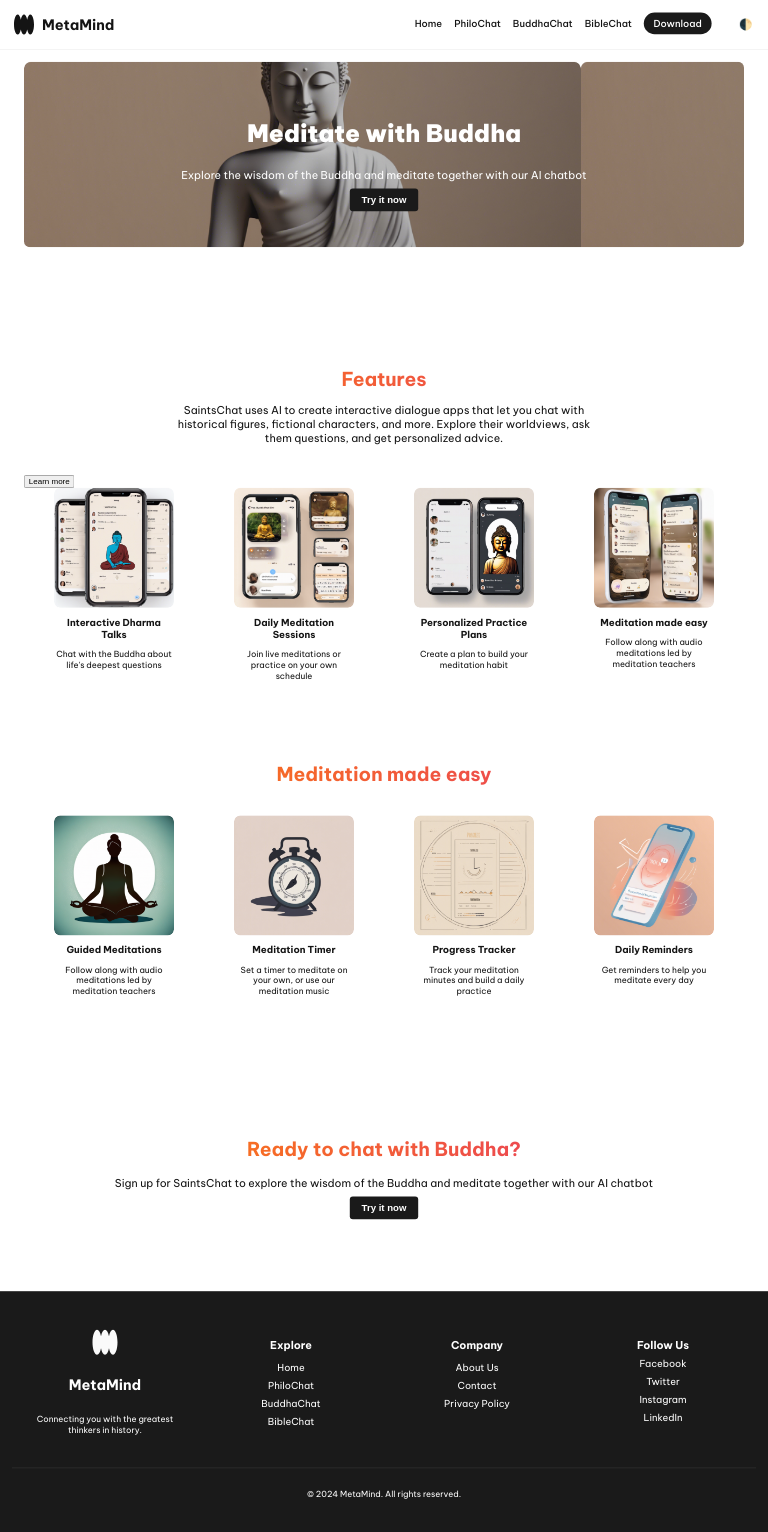
Repository: HSfac/EthosMindWeb
Page: /biblechats
The author's editor kept a copy of each file at every save. The page is drawn from the files as they stood at one save, then again after the next save.
The browser window is 1280 px wide. The pictures show the whole page, at 60% of full size.
The project was rebuilt for these pictures with package versions that can differ from the ones it lists, and the page was loaded fresh each time. Also part of the build but not shown: src/pages/Home.css, src/pages/Home.jsx, src/pages/SaintsChat.css, src/pages/SaintsChat.jsx, src/pages/BuddhaChat.jsx, src/pages/Download.css, src/pages/Download.jsx.

Above is the page before, as saved 2024-07-22 00:09:56.

### src/index.css
@import url('https://fonts.googleapis.com/css2?display=swap&family=Be+Vietnam+Pro:wght@400;500;700;900&family=Noto+Sans:wght@400;500;700;900');

body {
  font-family: "Be Vietnam Pro", "Noto Sans", sans-serif;
  margin: 0;
  padding: 0;
  box-sizing: border-box;
}

### src/App.jsx
import React from 'react';
import { BrowserRouter as Router, Route, Routes } from 'react-router-dom';
import Home from './pages/Home.jsx';
import SaintsChat from './pages/SaintsChat.jsx';
import BuddhaChat from './pages/BuddhaChat.jsx';
import BibleChat from './pages/BibleChat.jsx';
import Download from './pages/Download.jsx'; // Download 페이지를 추가합니다.
import Header from './components/Header.jsx';
import Footer from './components/Footer.jsx';

function App() {
  return (
    <Router>
      <Header />
      <Routes>
        <Route path="/" element={<Home />} />
        <Route path="/saintschat" element={<SaintsChat />} />
        <Route path="/buddhachats" element={<BuddhaChat />} />
        <Route path="/biblechats" element={<BibleChat />} />
        <Route path="/download" element={<Download />} /> {/* Download 페이지를 추가합니다. */}
      </Routes>
      <Footer />
    </Router>
  );
}

export default App;

### src/pages/BibleChat.jsx
import React from 'react';
import './BuddhaChat.css';
import buddhaImage from '../assets/images/buddha-hero-image.png';
import buddhaFeature1 from '../assets/images/buddha-feature-1.png';
import buddhaFeature2 from '../assets/images/buddha-feature-2.png';
import buddhaFeature3 from '../assets/images/buddha-feature-3.png';
import buddhaFeature4 from '../assets/images/buddha-feature-4.png';
import buddhaMeditation1 from '../assets/images/buddha-meditation-1.png';
import buddhaMeditation2 from '../assets/images/buddha-meditation-2.png';
import buddhaMeditation3 from '../assets/images/buddha-meditation-3.png';
import buddhaMeditation4 from '../assets/images/buddha-meditation-4.png';

function BuddhaChat() {
  return (
    <main className="buddha-main">
      <section className="buddha-hero" style={{ backgroundImage: `url(${buddhaImage})` }}>
        <div className="buddha-hero-content">
          <h1 className="buddha-hero-title">Meditate with Buddha</h1>
          <p className="buddha-hero-subtitle">Explore the wisdom of the Buddha and meditate together with our AI chatbot</p>
          <button className="buddha-hero-button">Try it now</button>
        </div>
      </section>
      <section className="buddha-features">
        <h2 className="buddha-section-title">Features</h2>
        <p className="buddha-section-description">SaintsChat uses AI to create interactive dialogue apps that let you chat with historical figures, fictional characters, and more. Explore their worldviews, ask them questions, and get personalized advice.</p>
        <button className="buddha-learn-more-button">Learn more</button>
        <div className="buddha-feature-cards">
          <div className="buddha-feature-card">
            <img src={buddhaFeature1} alt="Interactive Dharma Talks" className="buddha-feature-image" />
            <p className="buddha-feature-title">Interactive Dharma Talks</p>
            <p className="buddha-feature-description">Chat with the Buddha about life's deepest questions</p>
          </div>
          <div className="buddha-feature-card">
            <img src={buddhaFeature2} alt="Daily Meditation Sessions" className="buddha-feature-image" />
            <p className="buddha-feature-title">Daily Meditation Sessions</p>
            <p className="buddha-feature-description">Join live meditations or practice on your own schedule</p>
          </div>
          <div className="buddha-feature-card">
            <img src={buddhaFeature3} alt="Personalized Practice Plans" className="buddha-feature-image" />
            <p className="buddha-feature-title">Personalized Practice Plans</p>
            <p className="buddha-feature-description">Create a plan to build your meditation habit</p>
          </div>
          <div className="buddha-feature-card">
            <img src={buddhaFeature4} alt="Meditation made easy" className="buddha-feature-image" />
            <p className="buddha-feature-title">Meditation made easy</p>
            <p className="buddha-feature-description">Follow along with audio meditations led by meditation teachers</p>
          </div>
        </div>
      </section>
      <section className="buddha-meditation">
        <h2 className="buddha-section-title">Meditation made easy</h2>
        <div className="buddha-meditation-cards">
          <div className="buddha-meditation-card">
            <img src={buddhaMeditation1} alt="Guided Meditations" className="buddha-meditation-image" />
            <p className="buddha-meditation-title">Guided Meditations</p>
            <p className="buddha-meditation-description">Follow along with audio meditations led by meditation teachers</p>
          </div>
          <div className="buddha-meditation-card">
            <img src={buddhaMeditation2} alt="Meditation Timer" className="buddha-meditation-image" />
            <p className="buddha-meditation-title">Meditation Timer</p>
            <p className="buddha-meditation-description">Set a timer to meditate on your own, or use our meditation music</p>
          </div>
          <div className="buddha-meditation-card">
            <img src={buddhaMeditation3} alt="Progress Tracker" className="buddha-meditation-image" />
            <p className="buddha-meditation-title">Progress Tracker</p>
            <p className="buddha-meditation-description">Track your meditation minutes and build a daily practice</p>
          </div>
          <div className="buddha-meditation-card">
            <img src={buddhaMeditation4} alt="Daily Reminders" className="buddha-meditation-image" />
            <p className="buddha-meditation-title">Daily Reminders</p>
            <p className="buddha-meditation-description">Get reminders to help you meditate every day</p>
          </div>
        </div>
      </section>
      <section className="buddha-cta">
        <h2 className="buddha-cta-title">Ready to chat with Buddha?</h2>
        <p className="buddha-cta-description">Sign up for SaintsChat to explore the wisdom of the Buddha and meditate together with our AI chatbot</p>
        <button className="buddha-cta-button">Try it now</button>
      </section>
    </main>
  );
}

export default BuddhaChat;

### src/components/Header.jsx
import React, { useEffect, useState } from 'react';
import { Link } from 'react-router-dom';
import './Header.css';
import logoBlack from '../assets/images/metamindlogoblack.svg'; // 로고 이미지 경로에 맞게 수정하세요.
import logoWhite from '../assets/images/metamindlogowhite.svg'; // 로고 이미지 경로에 맞게 수정하세요.

function Header() {
  const [isDarkMode, setIsDarkMode] = useState(false);

  useEffect(() => {
    const darkModeClass = 'dark-mode';
    const bodyClassList = document.body.classList;
    const isDark = bodyClassList.contains(darkModeClass);
    setIsDarkMode(isDark);
  }, []);

  const toggleDarkMode = () => {
    document.body.classList.toggle('dark-mode');
    setIsDarkMode(!isDarkMode);
  };

  return (
    <header className="header">
      <div className="header-logo-container">
        <Link to="/" className="header-logo-link">
          <img
            src={isDarkMode ? logoWhite : logoBlack}
            alt="MetaMind Logo"
            className="header-logo"
          />
          <h1 className="header-title">MetaMind</h1>
        </Link>
      </div>
      <nav className="nav">
        <ul className="nav-list">
          <li className="nav-item"><Link to="/">Home</Link></li>
          <li className="nav-item"><Link to="/saintschat">PhiloChat</Link></li>
          <li className="nav-item"><Link to="/buddhachats">BuddhaChat</Link></li>
          <li className="nav-item"><Link to="/biblechats">BibleChat</Link></li>
          <li className="nav-item header-download-button"><Link to="/download">Download</Link></li>
          <li className="nav-item"><button className="toggle-button" onClick={toggleDarkMode}>🌓</button></li>
        </ul>
      </nav>
    </header>
  );
}

export default Header;

### src/components/Footer.jsx
import React from 'react';
import { Link } from 'react-router-dom';
import './Footer.css';
import logoWhite from '../assets/images/metamindlogowhite.svg'; // 로고 이미지 경로

function Footer() {
  return (
    <footer className="footer">
      <div className="footer-content">
        <div className="footer-section footer-logo-section">
          <img src={logoWhite} alt="MetaMind Logo" className="footer-logo" />
          <h2 className="footer-title">MetaMind</h2>
          <p className="footer-description">Connecting you with the greatest thinkers in history.</p>
        </div>
        <div className="footer-section">
          <h3 className="footer-subtitle">Explore</h3>
          <ul className="footer-links">
            <li><Link to="/">Home</Link></li>
            <li><Link to="/saintschat">PhiloChat</Link></li>
            <li><Link to="/buddhachats">BuddhaChat</Link></li>
            <li><Link to="/biblechats">BibleChat</Link></li>
          </ul>
        </div>
        <div className="footer-section">
          <h3 className="footer-subtitle">Company</h3>
          <ul className="footer-links">
            <li><Link to="/about">About Us</Link></li>
            <li><Link to="/contact">Contact</Link></li>
            <li><Link to="/privacy">Privacy Policy</Link></li>
          </ul>
        </div>
        <div className="footer-section">
          <h3 className="footer-subtitle">Follow Us</h3>
          <div className="footer-social">
            <a href="https://facebook.com" target="_blank" rel="noopener noreferrer">Facebook</a>
            <a href="https://twitter.com" target="_blank" rel="noopener noreferrer">Twitter</a>
            <a href="https://instagram.com" target="_blank" rel="noopener noreferrer">Instagram</a>
            <a href="https://linkedin.com" target="_blank" rel="noopener noreferrer">LinkedIn</a>
          </div>
        </div>
      </div>
      <div className="footer-bottom">
        <p>&copy; 2024 MetaMind. All rights reserved.</p>
      </div>
    </footer>
  );
}

export default Footer;

### src/pages/BuddhaChat.css
.buddha-main {
  padding: 20px 40px;
}

.buddha-hero {
  background: linear-gradient(rgba(0, 0, 0, 0.1) 0%, rgba(0, 0, 0, 0.4) 100%), center/cover no-repeat;
  color: white;
  text-align: center;
  padding: 60px 20px;
  border-radius: 10px;
}

.buddha-hero-title {
  font-size: 40px;
  font-weight: 900;
}

.buddha-hero-subtitle {
  font-size: 18px;
  margin: 10px 0;
}

.buddha-hero-button {
  background-color: #1a1a1a;
  color: white;
  padding: 10px 20px;
  border: none;
  border-radius: 5px;
  cursor: pointer;
  font-size: 16px;
  font-weight: bold;
  transition: background-color 0.3s, transform 0.3s;
}

.buddha-hero-button:hover {
  background-color: #333333;
  transform: scale(1.05);
}

.buddha-features {
  margin: 40px 0;
  margin-top: 200px;
  margin-bottom: 100px;
}

.buddha-section-title {
  font-size: 32px;
  font-weight: bold;
  text-align: center;
  margin-bottom: 20px;
  background: linear-gradient(90deg, #ff8a00, #e52e71);
  -webkit-background-clip: text;
  -webkit-text-fill-color: transparent;
}

.buddha-section-description {
  font-size: 18px;
  text-align: center;
  max-width: 720px;
  margin: 0 auto 20px;
  margin-bottom: 50px;
}

.buddha-feature-cards {
  display: flex;
  justify-content: space-around;
  flex-wrap: wrap;
}

.buddha-feature-card {
  text-align: center;
  max-width: 200px;
  margin-bottom: 20px;
}

.buddha-feature-image {
  width: 100%;
  border-radius: 10px;
}

.buddha-feature-title {
  font-size: 16px;
  font-weight: bold;
  margin: 10px 0;
}

.buddha-feature-description {
  font-size: 14px;
}

.buddha-meditation {
  margin: 40px 0;
  margin-top: 100px;
  margin-bottom: 70px;
}

.buddha-meditation-cards {
  display: flex;
  justify-content: space-around;
  flex-wrap: wrap;
}

.buddha-meditation-card {
  text-align: center;
  max-width: 200px;
  margin-bottom: 20px;
  margin-top: 30px;
}

.buddha-meditation-image {
  width: 100%;
  border-radius: 10px;
}

.buddha-meditation-title {
  font-size: 16px;
  font-weight: bold;
  margin: 10px 0;
}

.buddha-meditation-description {
  font-size: 14px;
}

.buddha-cta {
  text-align: center;
  margin: 40px 0;
  margin-top: 200px;
  margin-bottom: 100px;
}

.buddha-cta-title {
  font-size: 32px;
  font-weight: bold;
  background: linear-gradient(90deg, #ff8a00, #e52e71);
  -webkit-background-clip: text;
  -webkit-text-fill-color: transparent;
}

.buddha-cta-description {
  margin: 10px 0;
  font-size: 18px;
}

.buddha-cta-button {
  background-color: #1a1a1a;
  color: white;
  padding: 10px 20px;
  border: none;
  border-radius: 5px;
  cursor: pointer;
  font-size: 16px;
  font-weight: bold;
  transition: background-color 0.3s, transform 0.3s;
}

.buddha-cta-button:hover {
  background-color: #333333;
  transform: scale(1.05);
  animation: pop 0.6s ease-in-out infinite;
}

@keyframes pop {
  0%, 100% {
    transform: scale(1);
  }
  50% {
    transform: scale(1.1);
  }
}

### src/components/Header.css
.header {
  display: flex;
  justify-content: space-between;
  align-items: center;
  padding: 10px 20px;
  border-bottom: 1px solid #ededed;
}

.header-logo-container {
  display: flex;
  align-items: center;
}

.header-logo-link {
  display: flex;
  align-items: center;
  text-decoration: none;
  color: var(--text-color);
}

.header-logo {
  width: 40px;
  height: 40px;
  margin-right: 10px;
}

.header-title {
  font-size: 24px;
  font-weight: bold;
}

.nav {
  display: flex;
}

.nav-list {
  display: flex;
  list-style: none;
  margin: 0;
  padding: 0;
}

.nav-item {
  margin-left: 20px;
}

.nav-item a {
  text-decoration: none;
  color: var(--text-color);
  font-weight: 500;
}

.header-download-button a {
  padding: 8px 16px;
  border-radius: 20px;
  background-color: #1a1a1a;
  color: white;
}

.toggle-button {
  background: none;
  border: none;
  font-size: 18px;
  cursor: pointer;
  margin-left: 20px;
}

:root {
  --bg-color: white;
  --text-color: #141414;
}

.dark-mode {
  --bg-color: #141414;
  --text-color: white;
}

body {
  background-color: var(--bg-color);
  color: var(--text-color);
  transition: background-color 0.3s, color 0.3s;
}

### src/components/Footer.css
.footer {
  background-color: #1a1a1a;
  color: white;
  padding: 40px 20px;
  text-align: center;
}

.footer-content {
  display: flex;
  flex-wrap: wrap;
  justify-content: space-around;
  margin-bottom: 20px;
}

.footer-section {
  flex: 1;
  min-width: 200px;
  margin: 20px;
}

.footer-logo-section {
  display: flex;
  flex-direction: column;
  align-items: center;
}

.footer-logo {
  width: 50px; /* 로고 크기를 조정 */
  height: 50px;
  margin-bottom: 10px;
}

.footer-title {
  display: flex;
  align-items: center;
  font-size: 24px;
  font-weight: bold;
}

.footer-title img {
  width: 40px; /* 로고 크기 조정 */
  height: 40px;
  margin-right: 10px;
}

.footer-description {
  font-size: 14px;
}

.footer-subtitle {
  font-size: 18px;
  font-weight: bold;
  margin-bottom: 10px;
}

.footer-links {
  list-style: none;
  padding: 0;
}

.footer-links li {
  margin-bottom: 10px;
}

.footer-links a {
  text-decoration: none;
  color: white;
}

.footer-social a {
  display: block;
  margin-bottom: 10px;
  text-decoration: none;
  color: white;
}

.footer-bottom {
  border-top: 1px solid #333;
  padding-top: 20px;
  font-size: 14px;
}

Loaded but not shown: public/index.html (common file); src/index.js (common file)

After the next save:
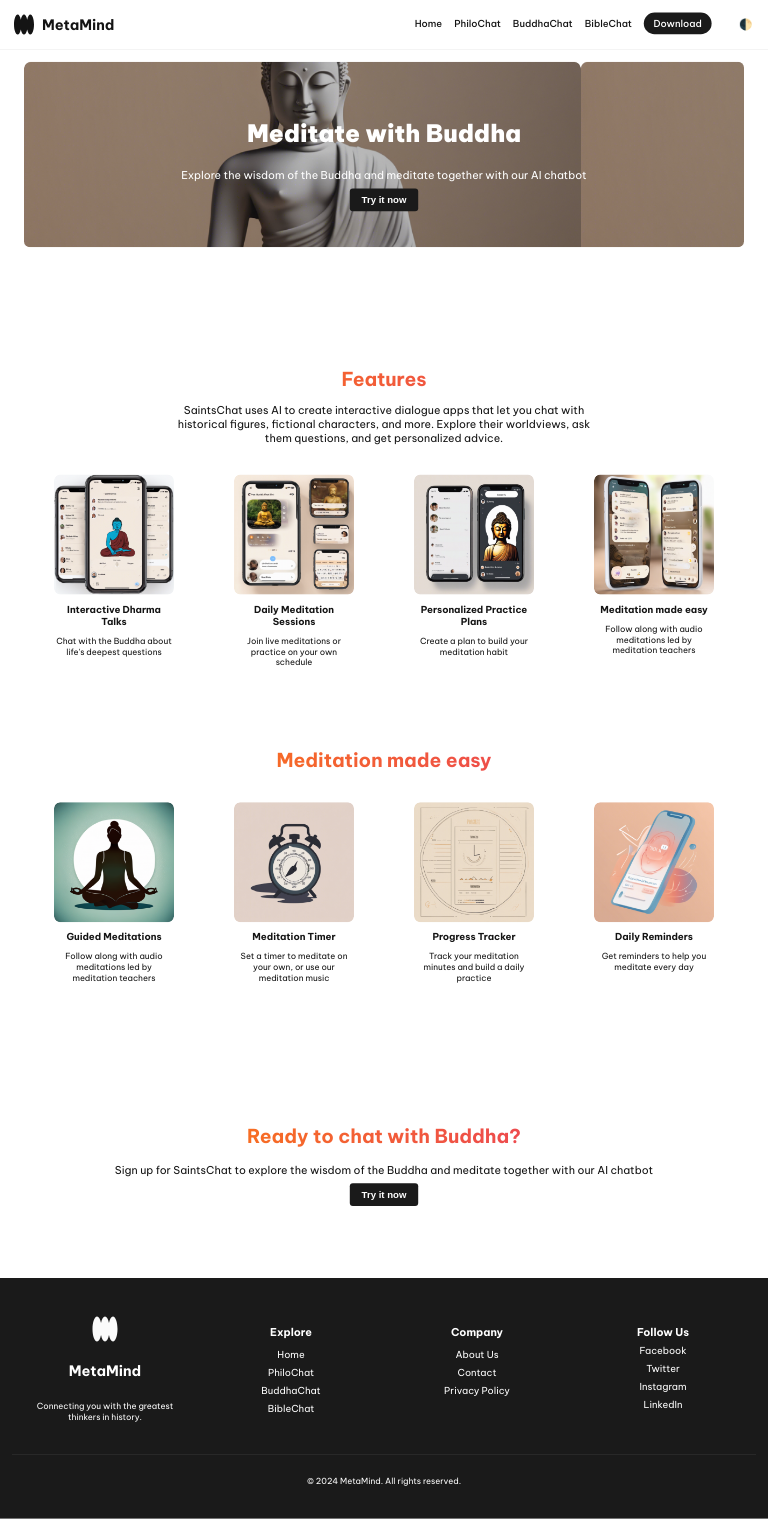
Saved 88 s later.
--- a/src/pages/BibleChat.jsx
+++ b/src/pages/BibleChat.jsx
@@ -23,7 +23,7 @@ function BuddhaChat() {
       <section className="buddha-features">
         <h2 className="buddha-section-title">Features</h2>
         <p className="buddha-section-description">SaintsChat uses AI to create interactive dialogue apps that let you chat with historical figures, fictional characters, and more. Explore their worldviews, ask them questions, and get personalized advice.</p>
-        <button className="buddha-learn-more-button">Learn more</button>
+
         <div className="buddha-feature-cards">
           <div className="buddha-feature-card">
             <img src={buddhaFeature1} alt="Interactive Dharma Talks" className="buddha-feature-image" />
